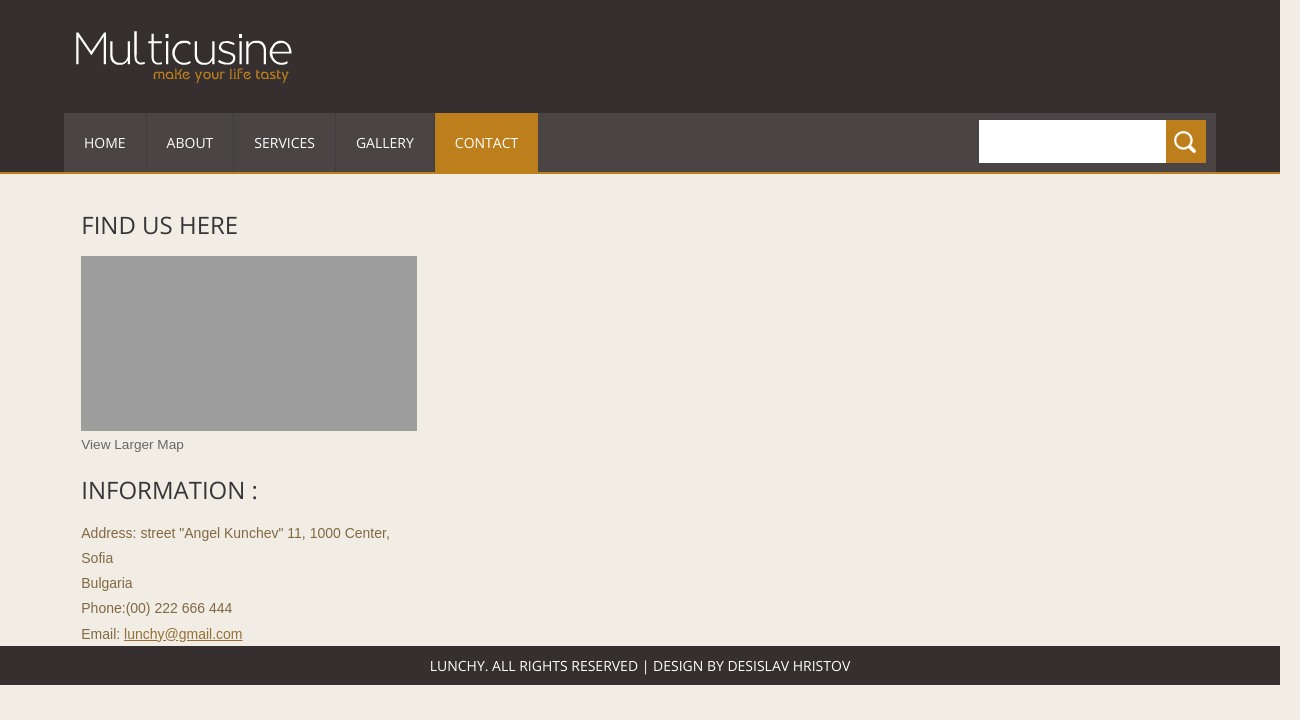
Repository: desso919/lunchy
Page: Lunchy/WebContent/web/contact.html
An editor plug-in stored every save of this project. The page is shown before and after the next save, followed by the edit.
The browser window is 1280 px wide. The page is 1280 px wide, then 1300 px, so the pictures cover 1300 px, including what lies to the right of the window. The pictures show the whole page.
Pictures or frames that could not be fetched are drawn as grey boxes.

Above is the page before, as saved 2018-01-16 18:33:12.

After the next save:
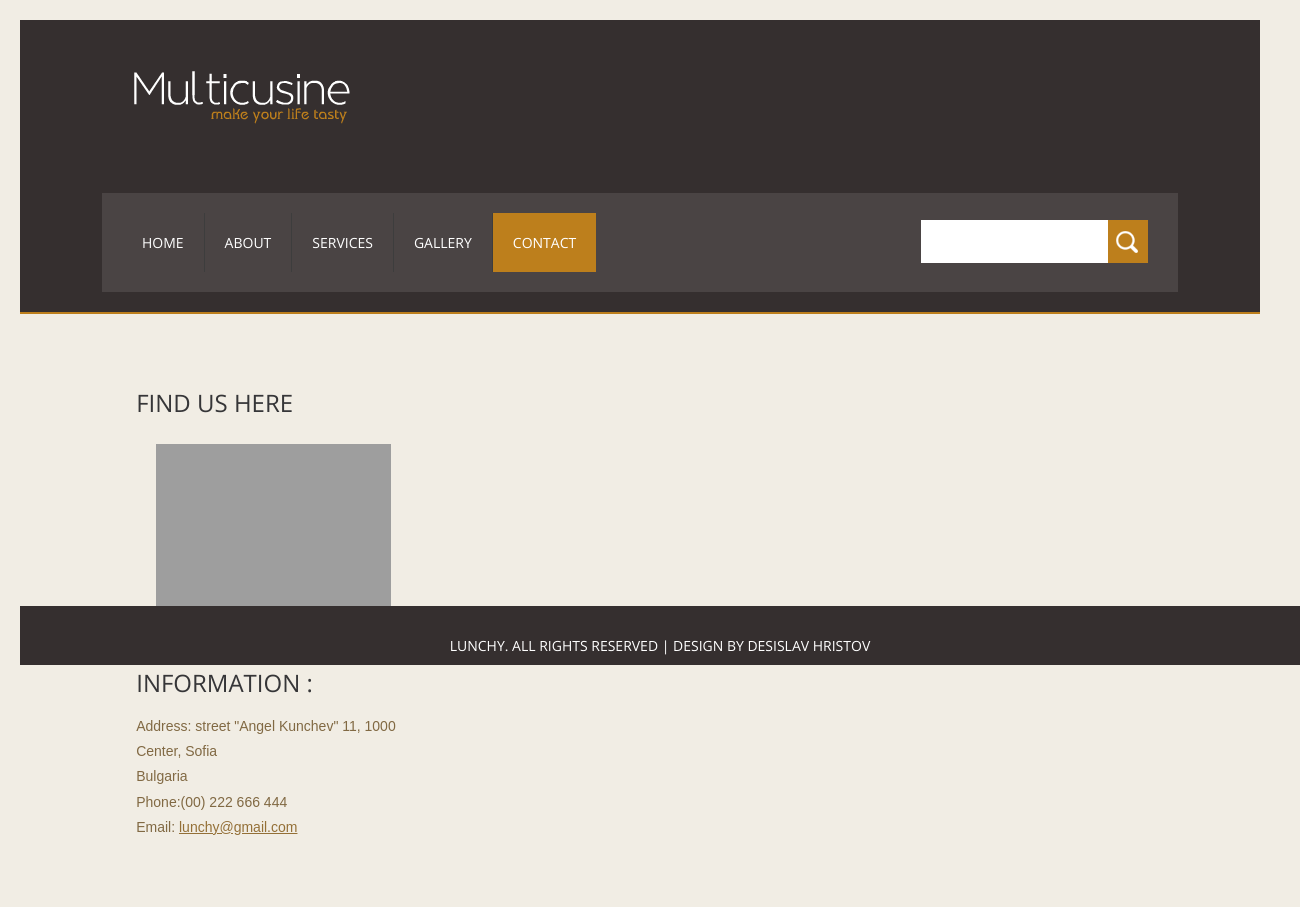
Saved 3 min 49 s later.
--- a/Lunchy/WebContent/web/css/style.css
+++ b/Lunchy/WebContent/web/css/style.css
@@ -205,6 +205,90 @@ body{
 	padding: 3em 0;
 }
 
+div { margin: 20px; }
+/* -------------------- Rounded Corners */
+.rounded {
+   -webkit-border-radius: 20px;
+   -moz-border-radius: 20px;
+   border-radius: 20px;
+}
+
+/* -------------------- Colors: Background */
+.slate   { background-color: #ddd; }
+.green   { background-color: #779126; }
+.blue    { background-color: #3b8ec2; }
+.yellow  { background-color: #eec111; }
+.black   { background-color: #000; }
+
+/* -------------------- Colors: Text */
+.slate select   { color: #000; }
+.green select   { color: #fff; }
+.blue select    { color: #fff; }
+.yellow select  { color: #000; }
+.black select   { color: #fff; }
+
+
+/* -------------------- Select Box Styles: danielneumann.com Method */
+/* -------------------- Source: http://danielneumann.com/blog/how-to-style-dropdown-with-css-only/ */
+#mainselection select {
+   border: 0;
+   color: #EEE;
+   background: transparent;
+   font-size: 20px;
+   font-weight: bold;
+   padding: 2px 10px;
+   width: 378px;
+   *width: 350px;
+   *background: #58B14C;
+   -webkit-appearance: none;
+}
+
+#mainselection {
+   overflow:hidden;
+   width:350px;
+   -moz-border-radius: 9px 9px 9px 9px;
+   -webkit-border-radius: 9px 9px 9px 9px;
+   border-radius: 9px 9px 9px 9px;
+   box-shadow: 1px 1px 11px #330033;
+   background: #58B14C url("http://i62.tinypic.com/15xvbd5.png") no-repeat scroll 319px center;
+}
+
+
+/* -------------------- Select Box Styles: stackoverflow.com Method */
+/* -------------------- Source: http://stackoverflow.com/a/5809186 */
+select#soflow, select#soflow-color {
+   -webkit-appearance: button;
+   -webkit-border-radius: 2px;
+   -webkit-box-shadow: 0px 1px 3px rgba(0, 0, 0, 0.1);
+   -webkit-padding-end: 20px;
+   -webkit-padding-start: 0px;
+   -webkit-user-select: none;
+   background-image: url(http://i62.tinypic.com/15xvbd5.png), -webkit-linear-gradient(#FAFAFA, #F4F4F4 40%, #E5E5E5);
+   background-position: 97% center;
+   background-repeat: no-repeat;
+   border: 1px solid #AAA;
+   color: #555;
+   font-size: inherit;
+   margin: 0px;
+   overflow: hidden;
+   padding: 8px 10px;
+   text-overflow: ellipsis;
+   white-space: nowrap;
+   width: 350px;
+}
+
+select#soflow-color {
+   color: #fff;
+   background-image: url(http://i62.tinypic.com/15xvbd5.png), -webkit-linear-gradient(#779126, #779126 40%, #779126);
+   background-color: #779126;
+   -webkit-border-radius: 20px;
+   -moz-border-radius: 20px;
+   border-radius: 20px;
+   padding-left: 15px;
+}
+
+
+
 .mid-grid.button{
 	display:block;
 }
